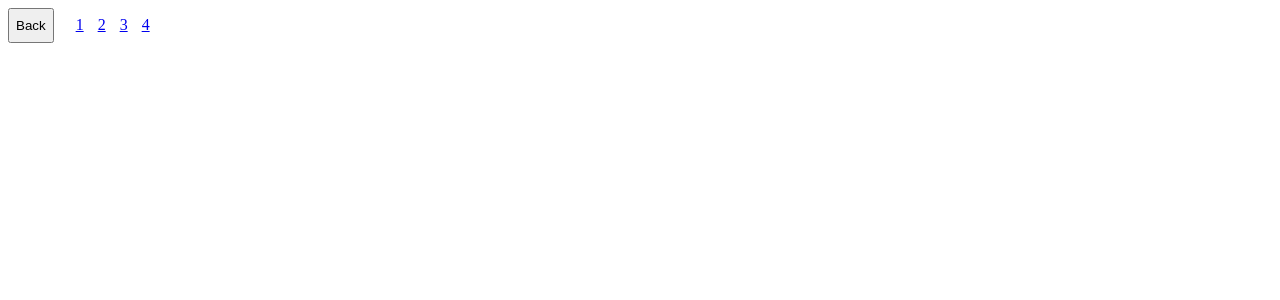
Repository: Kurumilli/Youtube
Page: Exercise4.html
An editor plug-in stored every save of this project. The page is shown before and after the next save, followed by the edit.
The browser window is 1280 px wide. The pictures show the whole page.

Above is the page before, as saved 2025-01-29 19:46:39.

### Exercise4.html
<html>
    <body>
<style>
.back-button{
    padding-top: 8px;
    padding-bottom: 8px;
    margin-right: 8px;
}
.a{
    margin-left: 10px;
}
</style>










        <button class="back-button">Back</button>
        <a href="https://www.google.com/" class="a">1</a>
        <a href="https://www.google.com/" class="a">2</a>
        <a href="https://www.google.com/" class="a">3</a>
        <a href="https://www.google.com/" class="a">4</a>

    </body>
</html>

After the next save:
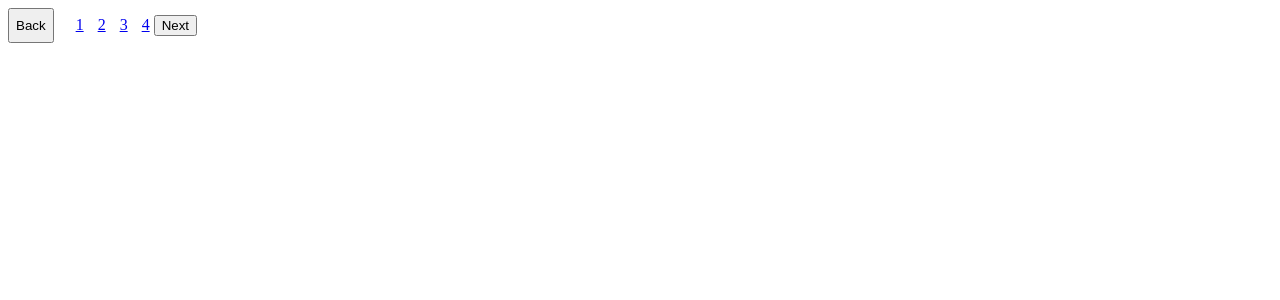
Saved 44 s later.
--- a/Exercise4.html
+++ b/Exercise4.html
@@ -25,6 +25,6 @@
         <a href="https://www.google.com/" class="a">2</a>
         <a href="https://www.google.com/" class="a">3</a>
         <a href="https://www.google.com/" class="a">4</a>
-
+        <button class="next">Next</button>
     </body>
 </html>
